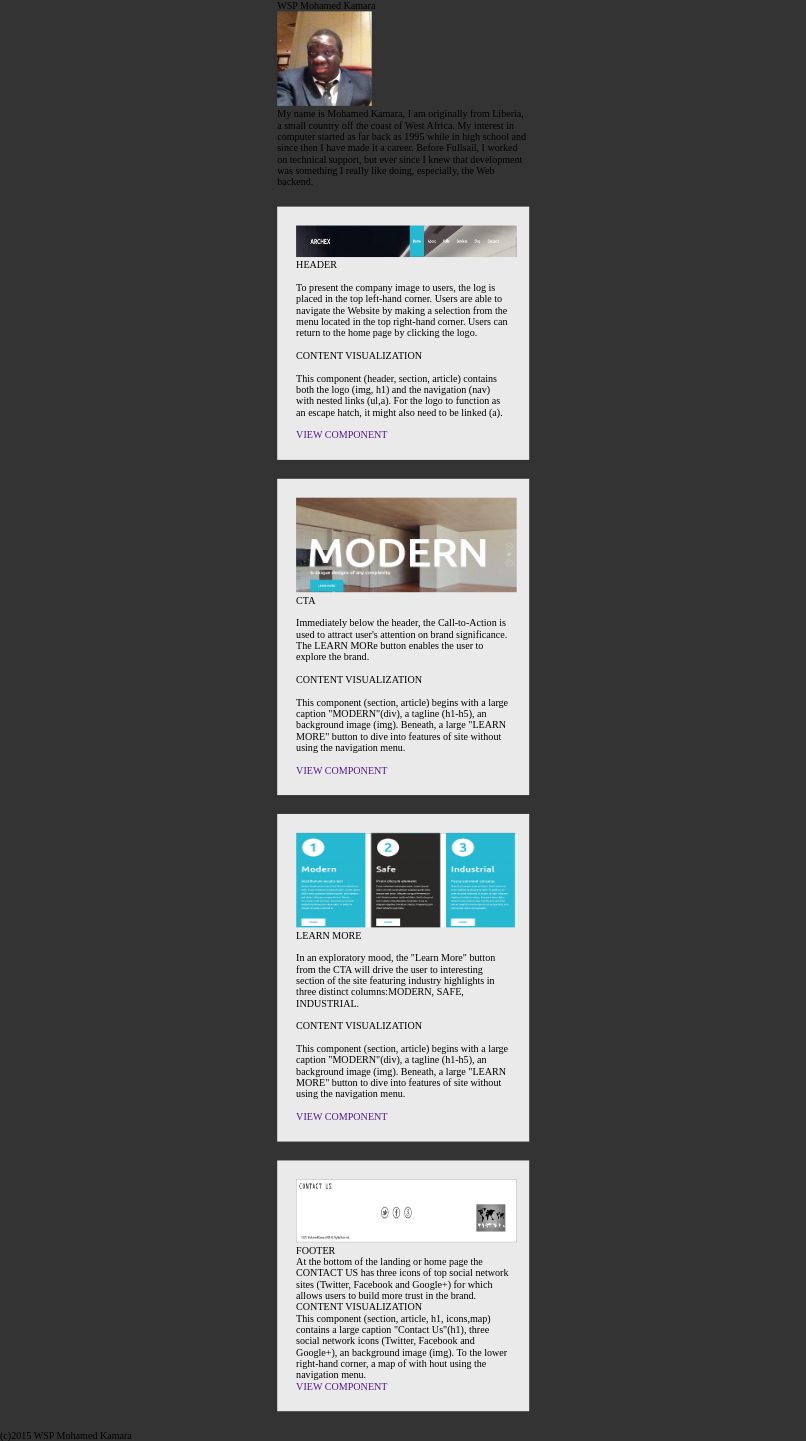
Repository: makamara/WSP_Project
Page: wsp/index.html
An editor plug-in stored every save of this project. The page is shown before and after the next save, followed by the edit.
The browser window is 1280 px wide. The pictures show the whole page, at 63% of full size.

Above is the page before, as saved 2015-09-15 17:58:50.

### wsp/index.html
<!DOCTYPE html>
<html>
<head>
	<title>WSP: Mohamed Kamara</title>
	<link rel="stylesheet" type="text/css" href="css/reset.css" />
	<link rel="stylesheet" type="text/css" href="css/main.css" />
</head>
<body>


	<!-- Header -->
	<header>

	</header>

	<!-- About -->
	<section>
		<h1>WSP Mohamed Kamara</h1>
		<div class="image">
			<img src="images/art_pix.jpg" alt="Mohamed Kamara" width="150" height="150" />
			<p>My name is Mohamed Kamara, I am originally from Liberia, a small country off the coast of West Africa. My interest in computer
		started as far back as 1995 while in high school and since then I have made it a career. Before Fullsail, I worked on technical
		support, but ever since I knew that development was something I really like doing, especially, the Web backend.
		</p>
		</div>

	</section>

	<!-- Blog, Components -->
	<section>
		<!-- Header section -->
		<article>

			<img src="images/header.png" alt="Header Section" width="350" height="50" />
			<h1>HEADER</h1><br />
			<p>To present the company image to users, the log is placed in the top left-hand corner. Users are able to navigate the Website
			by making a selection from the menu located in the top right-hand corner. Users can return to the home page by clicking the logo.
			</p><br />
			<h3>CONTENT VISUALIZATION</h3><br />

			<p>This component (header, section, article) contains both the logo (img, h1) and the navigation (nav) with nested links (ul,a).
			For the logo to function as an escape hatch, it might also need to be linked (a).
			</p><br />
			<p><a href="" class="button">VIEW COMPONENT</a></p>
		</article>
		<!-- CTA section -->
		<article>
			<img src="images/cta.jpg" alt="CTA" width="350" height="150" />
			<h1>CTA</h1><br />
			<p>Immediately below the header, the Call-to-Action is used to attract user's attention on brand significance.
				The <strong>LEARN MORe</strong> button enables the user to explore the brand.
			</p><br />
			<h3>CONTENT VISUALIZATION</h3><br />
			<p>This component (section, article) begins with a large caption "MODERN"(div), a tagline (h1-h5), an background image (img).
			Beneath, a large "LEARN MORE" button to dive into features of site without using the navigation menu.
			</p><br />
			<p><a href="" class="button">VIEW COMPONENT</a></p>
		</article>
	<!-- LEARN MORE section -->
		<article>
			<img src="images/learnmore.jpg" alt="Learn More" width="350" height="150" />
			<h1>LEARN MORE</h1><br />
			<p>In an exploratory mood, the "Learn More" button from the CTA will drive the user to interesting section of the site featuring
			industry highlights in three distinct columns:MODERN, SAFE, INDUSTRIAL.

			</p><br />
			<h3>CONTENT VISUALIZATION</h3><br />
			<p>This component (section, article) begins with a large caption "MODERN"(div), a tagline (h1-h5), an background image (img).
			Beneath, a large "LEARN MORE" button to dive into features of site without using the navigation menu.
			</p><br />
			<p><a href="" class="button">VIEW COMPONENT</a></p>
		</article>
		<!-- FOOTER section -->
		<article>
			<img src="images/footer.jpg" alt="Footer" width="350" height="100" />
			<h1>FOOTER</h1>
			<p>At the bottom of the landing or home page the CONTACT US has three icons of top social network sites (Twitter, Facebook and Google+) for
			which allows users to build more trust in the brand.

			</p>
			<h3>CONTENT VISUALIZATION</h3>
			<p>This component (section, article, h1, icons,map) contains a large caption "Contact Us"(h1), three social network icons (Twitter, Facebook and Google+),
				 an background image (img). To the lower right-hand corner, a map of with hout using the navigation menu.
			</p>
			<p><a href="" class="button">VIEW COMPONENT</a></p>
		</article>
	</section>
<footer>(c)2015 WSP Mohamed Kamara</footer>
</body>
</html>

### wsp/css/reset.css
/* CSS RESET
====================================================================================================
====================================================================================================
*/



html, body, div, main, span, applet, object, iframe,
h1, h2, h3, h4, h5, h6, p, blockquote, pre,
a, abbr, acronym, address, big, cite, code,
del, dfn, em, img, ins, kbd, q, s, samp,
small, strike, strong, sub, sup, tt, var,
b, u, i, center,
dl, dt, dd, ol, ul, li,
fieldset, form, label, legend, input, textarea,
table, caption, tbody, tfoot, thead, tr, th, td,
article, aside, canvas, details, embed,
figure, figcaption, footer, header, hgroup,
menu, nav, output, ruby, section, summary,
time, mark, audio, video,
::before, ::after {

	margin: 0; padding: 0;
	border: 0;
	font-size: 100%;
	font: inherit;
	vertical-align: baseline;
	text-decoration: none;

	box-sizing: border-box;

}

// HTML5 - Older browser support
// ======================================================================
article, aside, details, figcaption, figure,
footer, header, hgroup, menu, nav, section {
	display: block;
}


// BODY
// ======================================================================
body { line-height: 1; }


// LISTS - Clear bullets
// ======================================================================
ol, ul { list-style: none; }


// QUOTES
// ======================================================================
blockquote, q { quotes: none; }
blockquote:before, blockquote:after,
q:before, q:after {
	content: '';
	content: none;
}

// TABLES
// ======================================================================
table {
	border-collapse: collapse;
	border-spacing: 0;
}

### wsp/css/main.css
/* Project CSS
============================================================
============================================================*/
body {
    background: #333333;
}

header, section {
    width: 400px;
    margin: 0 auto;
}


/* HEADER ============================== */

/* ABOUT ============================== */

/* COMPONENTS ============================== */
article {
    background: #eaeaea;
    padding: 30px;
    margin: 30px 0;
}

.Button {
	-moz-box-shadow: 0px 10px 14px -7px #3e7327;
	-webkit-box-shadow: 0px 10px 14px -7px #3e7327;
	box-shadow: 0px 10px 14px -7px #3e7327;
	background:-webkit-gradient(linear, left top, left bottom, color-stop(0.05, #77b55a), color-stop(1, #72b352));
	background-color:#77b55a;
	-moz-border-radius:4px;
	-webkit-border-radius:4px;
	border-radius:4px;
	border:1px solid #4b8f29;
	display:inline-block;
	cursor:pointer;
	color:#ffffff;
	font-family:Arial;
	font-size:13px;
	font-weight:bold;
	padding:6px 12px;
	text-decoration:none;
	text-shadow:0px 1px 0px #5b8a3c;
}
.Button:hover {
	background:-webkit-gradient(linear, left top, left bottom, color-stop(0.05, #72b352), color-stop(1, #77b55a));
	background-color:#72b352;
}
.Button:active {
	position:relative;
	top:1px;
}

After the next save:
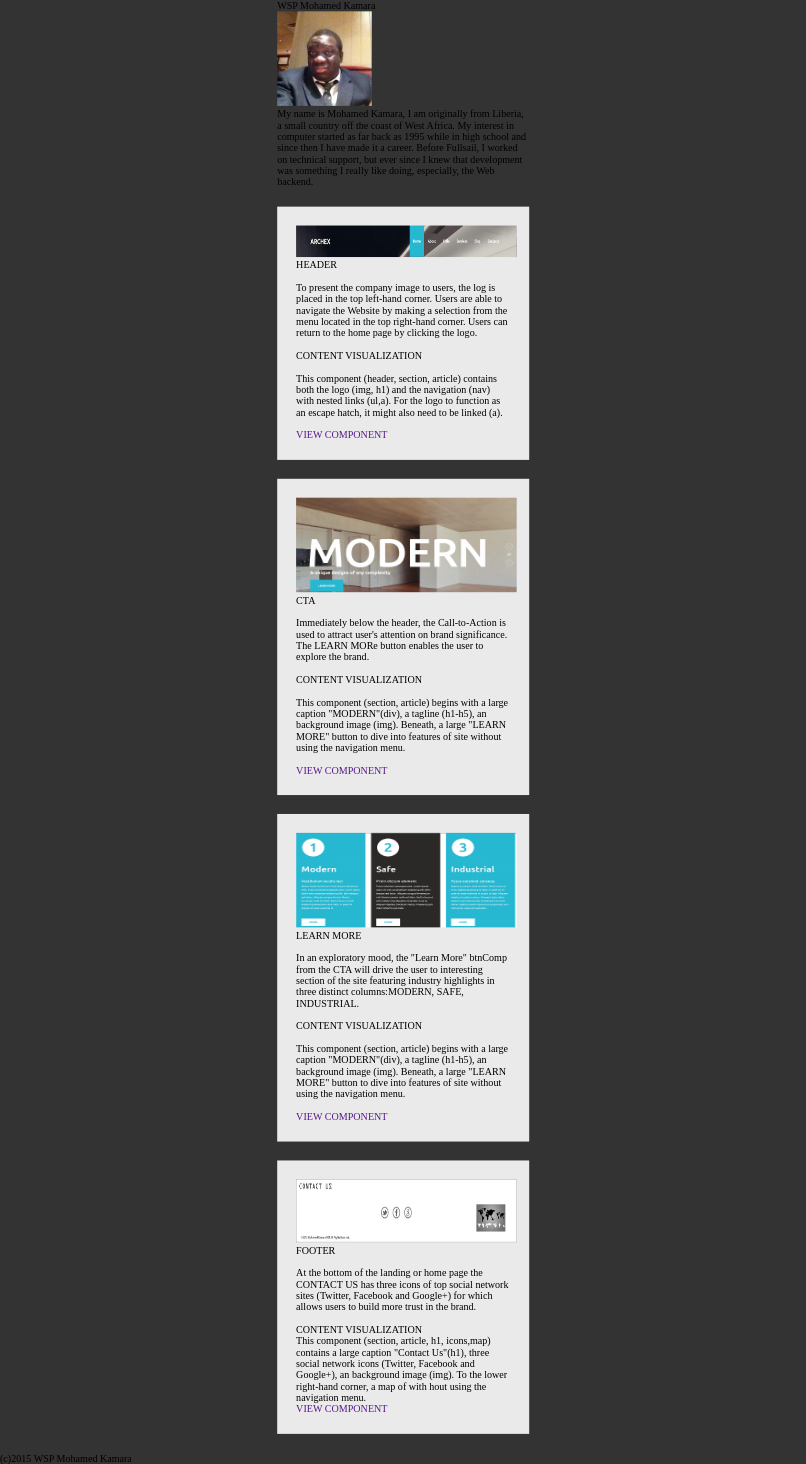
Saved 3 min 18 s later.
--- a/wsp/index.html
+++ b/wsp/index.html
@@ -41,7 +41,7 @@
 			<p>This component (header, section, article) contains both the logo (img, h1) and the navigation (nav) with nested links (ul,a).
 			For the logo to function as an escape hatch, it might also need to be linked (a).
 			</p><br />
-			<p><a href="" class="button">VIEW COMPONENT</a></p>
+			<p><a href="" class="btnComp">VIEW COMPONENT</a></p>
 		</article>
 		<!-- CTA section -->
 		<article>
@@ -54,13 +54,13 @@
 			<p>This component (section, article) begins with a large caption "MODERN"(div), a tagline (h1-h5), an background image (img).
 			Beneath, a large "LEARN MORE" button to dive into features of site without using the navigation menu.
 			</p><br />
-			<p><a href="" class="button">VIEW COMPONENT</a></p>
+			<p><a href="" class="btnComp">VIEW COMPONENT</a></p>
 		</article>
 	<!-- LEARN MORE section -->
 		<article>
 			<img src="images/learnmore.jpg" alt="Learn More" width="350" height="150" />
 			<h1>LEARN MORE</h1><br />
-			<p>In an exploratory mood, the "Learn More" button from the CTA will drive the user to interesting section of the site featuring
+			<p>In an exploratory mood, the "Learn More" btnComp from the CTA will drive the user to interesting section of the site featuring
 			industry highlights in three distinct columns:MODERN, SAFE, INDUSTRIAL.
 
 			</p><br />
@@ -68,21 +68,21 @@
 			<p>This component (section, article) begins with a large caption "MODERN"(div), a tagline (h1-h5), an background image (img).
 			Beneath, a large "LEARN MORE" button to dive into features of site without using the navigation menu.
 			</p><br />
-			<p><a href="" class="button">VIEW COMPONENT</a></p>
+			<p><a href="" class="btnComp">VIEW COMPONENT</a></p>
 		</article>
 		<!-- FOOTER section -->
 		<article>
 			<img src="images/footer.jpg" alt="Footer" width="350" height="100" />
-			<h1>FOOTER</h1>
+			<h1>FOOTER</h1><br />
 			<p>At the bottom of the landing or home page the CONTACT US has three icons of top social network sites (Twitter, Facebook and Google+) for
 			which allows users to build more trust in the brand.
 
-			</p>
+			</p><br />
 			<h3>CONTENT VISUALIZATION</h3>
 			<p>This component (section, article, h1, icons,map) contains a large caption "Contact Us"(h1), three social network icons (Twitter, Facebook and Google+),
 				 an background image (img). To the lower right-hand corner, a map of with hout using the navigation menu.
 			</p>
-			<p><a href="" class="button">VIEW COMPONENT</a></p>
+			<p><a href="" class="btnComp">VIEW COMPONENT</a></p>
 		</article>
 	</section>
 <footer>(c)2015 WSP Mohamed Kamara</footer>
